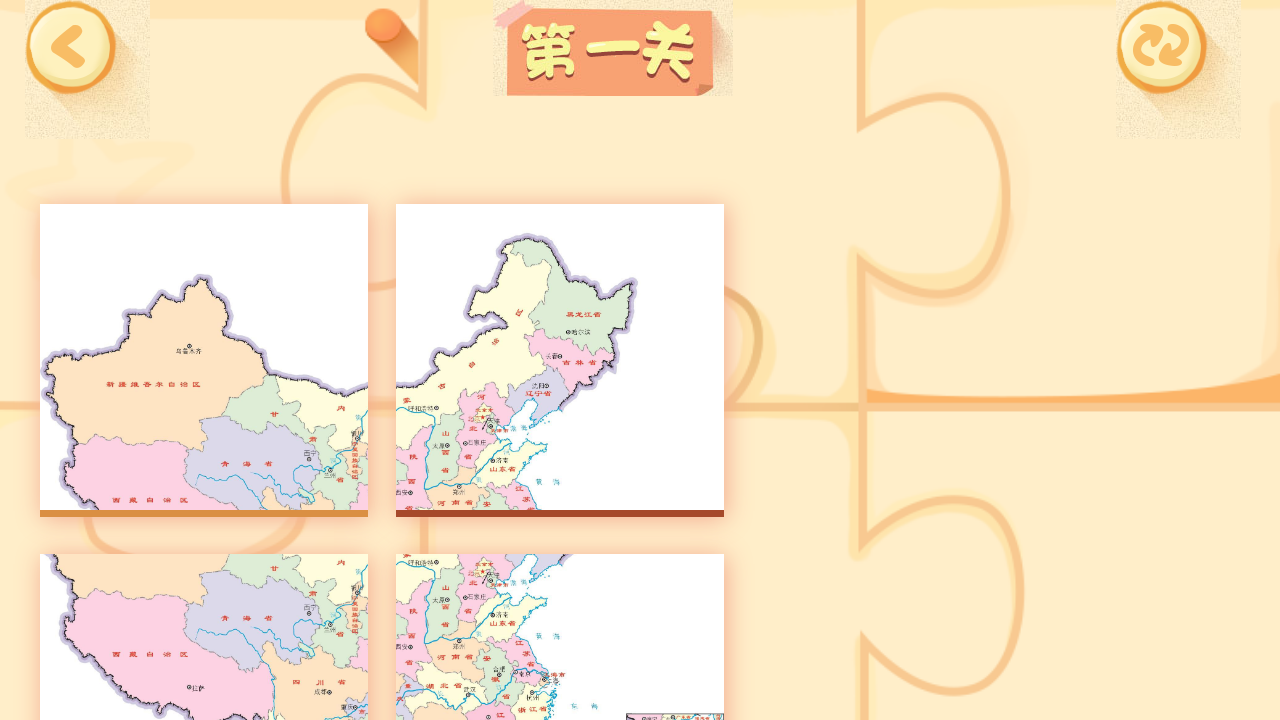
Repository: RedrockTeam/China-map-puzzle
Page: /#/first
The author's editor kept a copy of each file at every save. The page is drawn from the files as they stood at one save, then again after the next save.
The browser window is 1280 px wide. The pictures show the whole page.
Some web fonts or font styles are not loaded; a fallback is used. The project was rebuilt for these pictures with package versions that can differ from the ones it lists, and the page was loaded fresh each time. Also part of the build but not shown: vue.config.js, src/network/request.js, src/views/home.vue, src/views/pass.vue, src/components/dialog.vue.

Above is the page before, as saved 2019-09-24 23:21:39.

### public/index.html
<!DOCTYPE html>
<html lang="en">

<head>
  <meta charset="utf-8">
  <meta http-equiv="X-UA-Compatible" content="IE=edge">
  <meta name="viewport" content="width=device-width,initial-scale=1.0">
  <link rel="icon" href="<%= BASE_URL %>favicon.ico">
  <title>puzzle-game</title>
</head>

<body>
  <noscript>
    <strong>We're sorry but my doesn't work properly without JavaScript enabled. Please enable it to continue.</strong>
  </noscript>
  <div id="app"></div>
  <!-- built files will be auto injected -->


 </body>
</html>

### src/main.js
import Vue from 'vue'
import App from './App.vue'
import router from './router'
import store from './store'
// import ApiService from './common/service/api'

import './assets/styles/common.css'
import './assets/font/font.css'

// Vue.config.productionTip = false

// ApiService.init()

new Vue({
  router,
  store,
  render: h => h(App)
}).$mount('#app')

### src/App.vue
<template>
  <div>
    <router-view></router-view>
  </div>
</template>

<script>
export default {
  name: 'App',
  data() {
    return {};
  }
};
</script>
<style>
</style>

### src/router/index.js
import Vue from 'vue'
import Router from 'vue-router'
import Home from '../views/home.vue'
import Result from '../views/result.vue'
import Pass from '../views/pass.vue'
import Button from '../components/dialog.vue'
import First from '../views/first.vue'


Vue.use(Router)

export default new Router({
  routes: [{
    path: '/',
    redirect: '/home'
  },
  {
    path: '/home',
    name: 'home',
    component: Home,
  },
  {
    path: '/pass',
    name: 'pass',
    component: Pass,
  },
  {
    path: '/result',
    name: 'result',
    component: Result,
  },
  {
    path: '/button',
    name: 'button',
    component: Button,
  },
  {
    path: '/first',
    name: 'first',
    component: First
  }


  ]


})

### src/store/index.js
import Vue from 'vue'
import Vuex from 'vuex'
import {
  isContext
} from 'vm';

Vue.use(Vuex)

export default new Vuex.Store({
  state: {
    time: {
      minute: 0,
      second: 0,
      millisecond: 0,
      timecount: '00:00:00',
    },
  },
  mutations: {
    //开始
    start() {
      var that = this;
      //停止（暂停）
      clearInterval(time);
      //时间重置
      that.setData({
        minute: 0,
        second: 0,
        millisecond: 0,
      })
      time = setInterval(function () {
        that.timer()
      }, 50);
      time = () => {
        that.timer()
      }
    },
    //停止
    stop() {
      var that = this
      clearInterval(intt);
      that.setData({
        minute: 0,
        second: 0,
        millisecond: 0,
        timecount: '00:00:00',
      })
    },
    timer() {
      var that = this;
      console.log(that.data.millisecond)
      that.setData({
        millisecond: that.data.millisecond + 5
      })
      if (that.data.millisecond >= 100) {
        that.setData({
          millisecond: 0,
          second: that.data.second + 1
        })
      }
      if (that.data.second >= 60) {
        that.setData({
          second: 0,
          minute: that.data.minute + 1
        })
      }
      that.setData({
        timecount: that.data.minute + ":" + that.data.second + ":" + that.data.millisecond
      })
    },
  },
  actions: {
    // time = setInterval(function () {
    //   context.commit('time')
    // }, 50)
  }
})

### src/assets/styles/common.css
/* global */
* {
    margin: 0;
    padding: 0;
}

html {
    overflow-y: scroll;
    overflow-x: hidden;

}

html,
body {
    width: 100%;
}

a {
    text-decoration: none;
    text-align: center;
    cursor: pointer;
    color: black;
    outline: none;
}

a:hover {
    text-decoration: underline;
}

ul,
ol {
    list-style: none;
}

.clear {
    clear: both;
}

### src/assets/font/font.css
@font-face {
    font-family: "Tanuki";
    font-weight: normal;
    font-style: normal;
    src: url('./Tanuki.ttf') format('truetype');
}

@font-face {
    font-family: "Cotton";
    font-weight: normal;
    font-style: normal;
    src: url('./cotton.ttf') format('truetype');
}

### src/views/result.vue
<template>
  <div class="bg">
    <div class="head">
      <div class="back"></div>
      <div class="title"></div>
      <div class="front"></div>
    </div>

    <div class="contain">
      <div class="score">
        <div>
          <p>
            <span class="clock"></span>
            <span class="word">我的时间：</span>
          </p>
          <p>
            <i class="grade"></i>
            <span class="word">我的成绩：</span>
          </p>
        </div>
      </div>
      <div class="list">
        <p class="list_item first">
          <span class="icon"></span>
          <span class="nickname">这是我的昵称</span>
          <span class="time">10s</span>
        </p>
        <p class="list_item second">
          <span class="icon"></span>
          <span class="nickname">这是我的昵称</span>
          <span class="time">10s</span>
        </p>
        <p class="list_item third">
          <span class="icon"></span>
          <span class="nickname">这是我的昵称</span>
          <span class="time">10s</span>
        </p>
        <p class="list_item">
          <span class="normal">4</span>
          <span class="nickname">这是我的昵称</span>
          <span class="time">10s</span>
        </p>
        <p class="list_item">
          <span class="normal">4</span>
          <span class="nickname">这是我的昵称</span>
          <span class="time">10s</span>
        </p>
      </div>
    </div>
    <div class="line"></div>
  </div>
</template>

<style>
.bg {
  position: absolute;
  top: 0;
  left: 0;
  height: 100%;
  width: 100%;
  background: url("../assets/img/pass/background.png");
  background-size: cover;
}
.head {
  display: flex;
  margin-top: 60px;
  margin-left: 50px;
}

.back {
  background: url("../assets/img/ranking/back.png");
  width: 93px;
  height: 97px;
  background-size: cover;
  margin-right: 120px;
}
.title {
  background: url("../assets/img/ranking/ranking_title.png") no-repeat;
  width: 260px;
  height: 200px;
  background-size: 100%;
  margin-left: -40px;
}
.front {
  background: url("../assets/img/ranking/front.png");
  width: 93px;
  height: 97px;
  background-size: cover;
  margin-left: 80px;
}

.contain {
  width: 650px;
  height: 850px;
  background: #ffae72;
  margin: -15px auto 0;
}

.score {
  width: 617px;
  height: 206px;
  background: url("../assets/img/ranking/result.png");
  background-size: cover;
  padding-top: 40px;
}
.score div {
  margin-top: 20px;
  margin-left: 20px;
}

.word {
  letter-spacing: 5px;
}

.score p {
  color: #ffae72;
  font-weight: bold;
  font-size: 35px;
  padding-top: 20px;
  margin: 0 auto;
  width: 250px;
  margin-left: 50px;
  margin-top: 10px;
}

.clock,
.grade {
  width: 29px;
  height: 29px;
  display: inline-block;
  margin-right: 10px;
}
.clock {
  background: url("../assets/img/ranking/clock.png") no-repeat;
  background-size: cover;
}
.grade {
  background: url("../assets/img/ranking/list.png") no-repeat;
  background-size: cover;
}
.list {
  height: 520px;
  overflow: auto;
  margin-top: 20px;
}
::-webkit-scrollbar {
  display: none;
}
.list_item {
  background: url("../assets/img/ranking/box.png");
  width: 580px;
  height: 125px;
  background-size: cover;
  margin-left: 50px;
  display: flex;
}
.icon {
  display: inline-block;
  width: 81px;
  height: 82px;
  margin: 15px 35px;
}
.first .icon {
  background: url("../assets/img/ranking/first.png");
  background-size: cover;
}
.second .icon {
  background: url("../assets/img/ranking/second.png");
  background-size: cover;
}
.third .icon {
  background: url("../assets/img/ranking/third.png");
  background-size: cover;
}
.nickname {
  color: #ffae72;
  font-size: 35px;
  font-weight: bold;
  display: inline-block;
  margin-top: 30px;
  font-family: Tanuki;
}
.time,
.normal {
  margin-left: auto;
  margin-right: 80px;
  font-weight: bold;
  display: inline-block;
  margin-top: 20px;
  color: #ff7b5c;
  font-size: 50px;
}

.line {
  width: 570px;
  height: 36px;
  background: url("../assets/img/ranking/line.png");
  background-size: cover;
  margin-left: 100px;
  margin-top: -50px;
}
</style>

<script>
export default {};
</script>

### src/views/first.vue
<template>
  <div class="game">
    <div class="header">
      <div class="back_shadow">
        <div class="back"></div>
      </div>
      <div class="title">
        <img src="../assets/img/game/one.png" />
      </div>
      <div class="refresh_shadow">
        <div class="refresh"></div>
      </div>
    </div>
    <div class="main" ref="main">
      <div class="piece chosen first" ref="pic"></div>
      <div class="piece second" ref="pic"></div>
      <div class="piece third" ref="pic"></div>
      <div class="piece four" ref="pic"></div>
    </div>
    <div class="showpic_shadow">
      <div class="showpic">长按可看3s原图</div>
    </div>
  </div>
</template>

<script>
export default {
  data() {
    return {};
  },
  mounted() {
    this.moveImage();
  },
  methods: {
    moveImage() {
      let pics = this.$refs.main.children;
      let picWidth = pics[0].offsetWidth;
      let picHeight = pics[0].offsetHeight;
      let boxWidth = this.$refs.main.offsetWidth;
      let boxHeight = this.$refs.main.offsetHeight;
      console.log(picWidth, boxWidth);
      let dx, dy, newLeft, newTop;

      for (var i = 0; i < pics.length; i++) {
        pics[i].addEventListener("touchstart", function(e) {
          this.style.zIndex = 100;
          dx = e.targetTouches[0].pageX - this.offsetLeft; //记录触发拖拽的水平状态发生改变时的位置
          dy = e.targetTouches[0].pageY - this.offsetTop; //记录触发拖拽的垂直状态发生改变时的位置
          this.startX = this.offsetLeft; //记录当前初始状态水平发生改变时的位置
          this.startY = this.offsetTop; //offsetTop等取得的值与this.style.left获取的值区别在于前者不带px,后者带px
          this.style.transition = "all 0.5s ease 0s";
          console.log(this.startX);
        });

        pics[i].addEventListener("touchmove", function(e) {
          newLeft = e.targetTouches[0].pageX - dx; //记录拖拽的水平状态发生改变时的位置
          newTop = e.targetTouches[0].pageY - dy;
          console.log(this.style.left);

          if (newLeft <= -picWidth / 2) {
            //限制边界代码块，拖拽区域不能超出边界的一半
            newLeft = -picWidth / 2;
          } else if (newLeft >= boxWidth - picWidth / 2) {
            newLeft = boxWidth - picWidth / 2;
          }
          if (newTop <= -picHeight / 2) {
            newTop = -picWidth / 2;
          } else if (newTop >= boxHeight - picHeight / 2) {
            newTop = boxHeight - picHeight / 2;
          }

          this.style.left = newLeft + "px";
          console.log(this);
          this.style.top = newTop + "px"; //设置目标元素的left,top
        });

        pics[i].addEventListener("touchend", function(e) {
          this.style.zIndex = 0;
          console.log(this);
          this.style.transition = "all 0.5s ease 0s"; //添加css3动画效果
          this.endX = e.changedTouches[0].pageX - dx;
          this.endY = e.changedTouches[0].pageY - dy; //记录滑动结束时的位置，与进入元素对比，判断与谁交换
          var obj = change(e.target, this.endX, this.endY); //调用交换函数
          if (obj == e.target) {
            //如果交换函数返回的是自己
            obj.style.left = this.startX + "px";
            obj.style.top = this.startY + "px";
          } else {
            //否则
            var _left = obj.style.left;
            obj.style.left = this.startX + "px";
            console.log(this.startX);
            this.style.left = _left;
            var _top = obj.style.top;
            obj.style.top = this.startY + "px";
            this.style.top = _top;
            var _index = obj.getAttribute("data-index");
            obj.setAttribute("data-index", this.getAttribute("data-index"));
            this.setAttribute("data-index", _index); //交换函数部分，可提取
          }
        });
        pics[i].addEventListener("transitionend", function() {
          if (isSuccess()) {
            console.log("成功了！"); //此处监听事件有bug，会添加上多次事件。
          } else {
            // pic[i].removeEventListener('transitionend');
          }
        });

        function change(obj, x, y) {
          //交换函数，判断拖动元素的位置是不是进入到目标原始1/2，这里采用绝对值得方式
          for (var i = 0; i < pics.length; i++) {
            //还必须判断是不是当前原素本身。将自己排除在外
            if (
              Math.abs(pic[i].offsetLeft - x) <= picWidth / 2 &&
              Math.abs(pic[i].offsetTop - y) <= picHeight / 2 &&
              pic[i] != obj
            )
              return pic[i];

            console.log(pics[i]);
          }
          return obj; //返回当前
        }
      }
    }
  }
};
</script>
<style lang="scss" scoped>
.game {
  position: absolute;
  top: 0;
  left: 0;
  height: 100%;
  width: 100%;
  background: url("../assets/img/pass/background.png");
  background-size: cover;
  overflow: hidden;
  .header {
    width: 95%;
    height: 140px;
    margin: 0 auto 24px 25px;
    display: inline-flex;
    justify-content: space-between;
    .back_shadow {
      width: 125px;
      height: 139px;
      background-image: url("../assets/img/common/btn_sbg.jpg");
      background-repeat: no-repeat;
      background-position: 0% 0%;
      background-size: contain;
      .back {
        width: 92px;
        height: 95px;
        background-image: url("../assets/img/common/back.png");
        background-repeat: no-repeat;
        background-position: 0% 0%;
        background-size: contain;
      }
    }
    .title {
      width: 240px;
      height: 96px;
      background-image: url("../assets/img/game/title_bg.jpg");
      background-repeat: no-repeat;
      background-position: 0% 0%;
      background-size: contain;

      display: flex;
      justify-content: center;
      align-items: center;
      img {
        width: 54px;
        height: 17px;
      }
    }
    .refresh_shadow {
      width: 125px;
      height: 139px;
      background-image: url("../assets/img/common/btn_sbg.jpg");
      background-repeat: no-repeat;
      background-position: 0% 0%;
      background-size: contain;
      .refresh {
        width: 92px;
        height: 95px;
        background-image: url("../assets/img/common/refresh.png");
        background-repeat: no-repeat;
        background-position: 0% 0%;
        background-size: contain;
      }
    }
  }
  .main {
    width: 750px;
    height: 700px;
    position: relative;
    padding: 26px;
    display: flex;
    flex-wrap: wrap;
    .piece {
      width: 328px;
      height: 306px;
      box-shadow: 2px 2px 24px #f3a98f;
      margin: 14px 14px 0 14px;
      position: relative;
      border-bottom: 7px solid #a6492b;
      background: url("../assets/img/button/map.jpg");
    }
    .first {
      background-size: 200%;
      background-position-x: 0;
    }

    .second {
      background-position-x: 328px;
      background-size: 200%;
    }
    .third {
      background-position: 0 306px;
      background-size: 200%;
    }
    .four {
      background-position: 328px 306px;
      background-size: 200%;
    }
    .chosen {
      border-bottom: 7px solid #da8f43;
    }
  }
  .showpic_shadow {
    width: 560px;
    height: 173px;
    margin: 60px auto auto 154px;
    background-image: url("../assets/img/game/showpic_sbg.jpg");
    background-repeat: no-repeat;
    background-position: 0% 0%;
    background-size: contain;

    .showpic {
      width: 458px;
      height: 107px;
      background-image: url("../assets/img/game/showpic_bg.png");
      background-repeat: no-repeat;
      background-position: 0% 0%;
      background-size: contain;
      text-align: center;
      line-height: 107px;
      font-family: "Cotton";
      font-size: 50px;
      color: #fffcad;
    }
  }
}
</style>

After the next save:
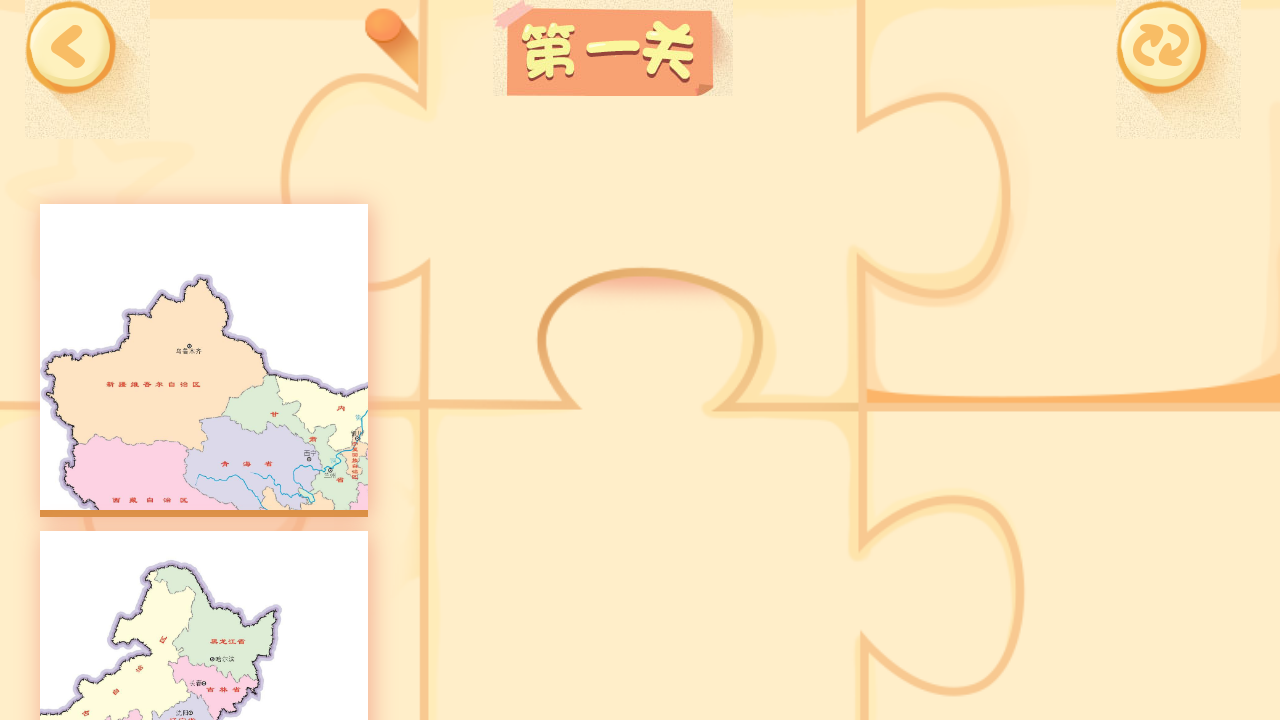
Saved 63 s later.
--- a/src/views/first.vue
+++ b/src/views/first.vue
@@ -197,14 +197,14 @@ export default {
     height: 700px;
     position: relative;
     padding: 26px;
-    display: flex;
+    // display: flex;
     flex-wrap: wrap;
     .piece {
       width: 328px;
       height: 306px;
       box-shadow: 2px 2px 24px #f3a98f;
       margin: 14px 14px 0 14px;
-      position: relative;
+      position: float;
       border-bottom: 7px solid #a6492b;
       background: url("../assets/img/button/map.jpg");
     }
